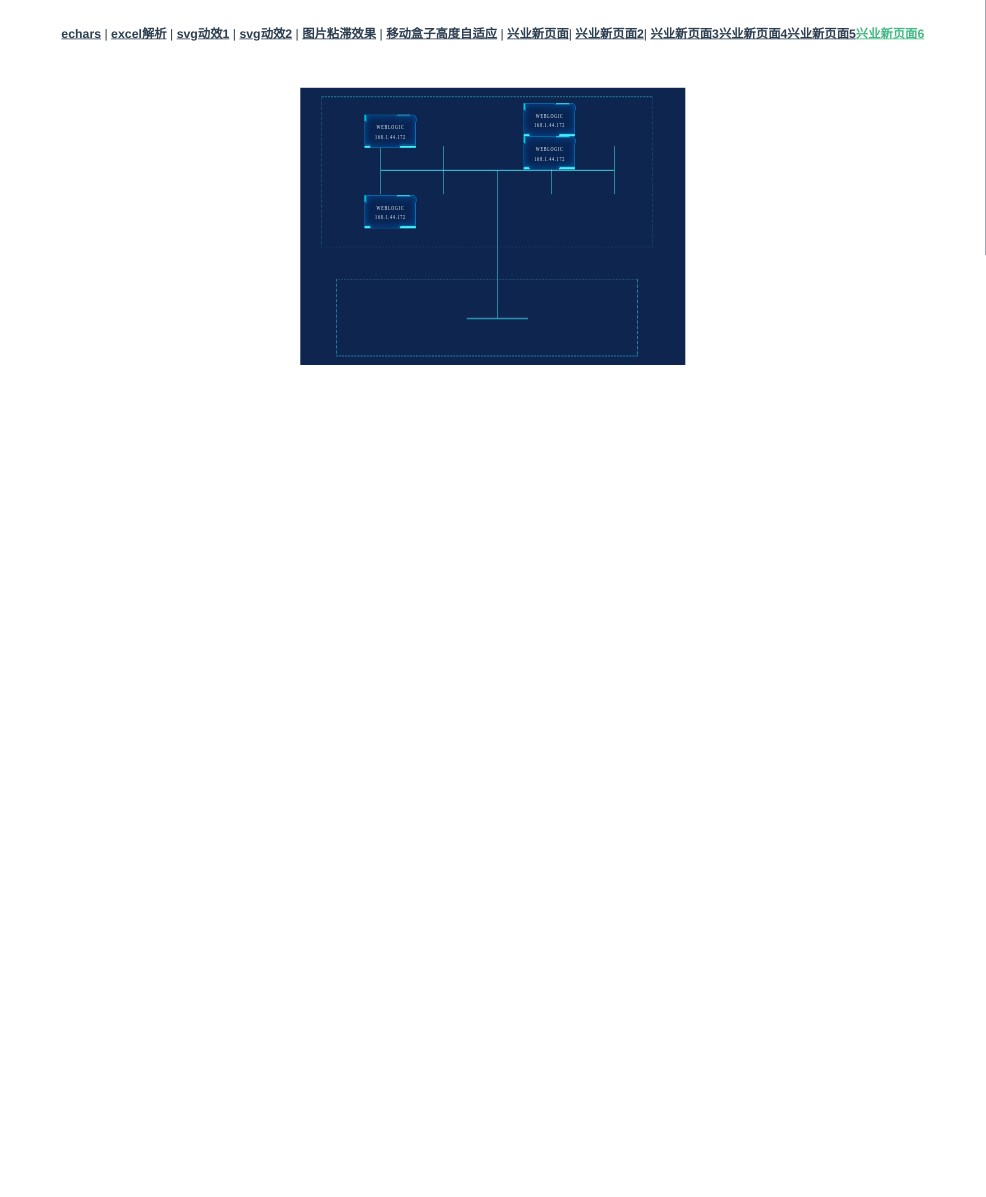
Repository: dmj199811/animation-dmj
Page: /#/work-page8
The author's editor kept a copy of each file at every save. The page is drawn from the files as they stood at one save, then again after the next save.
The browser window is 1280 px wide. The pictures show the whole page, at 77% of full size.
The project was rebuilt for these pictures with package versions that can differ from the ones it lists, and the page was loaded fresh each time.

Above is the page before, as saved 2020-07-03 16:15:13.

After the next save:
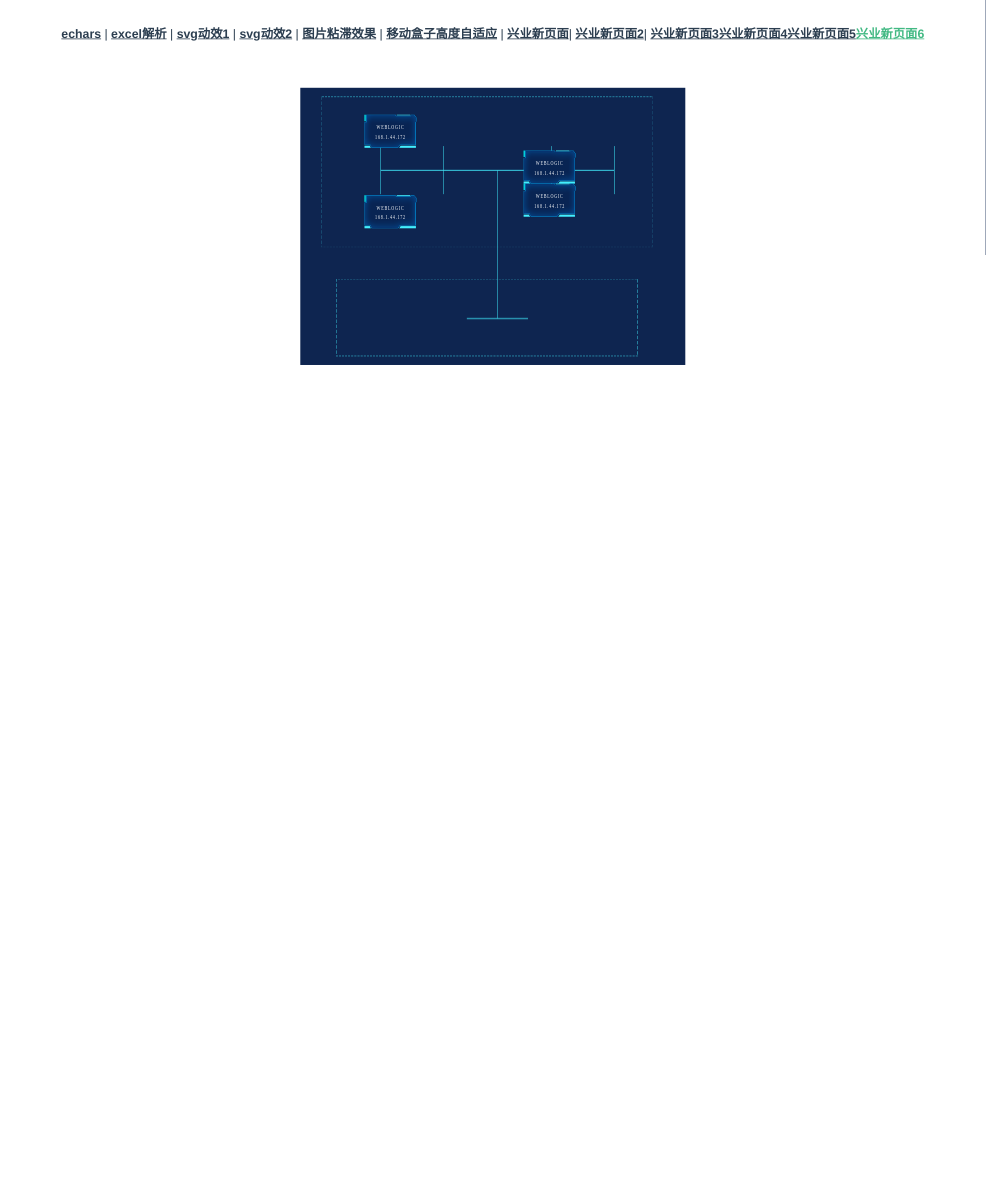
Saved 36 s later.
--- a/src/views/newPage6/index.vue
+++ b/src/views/newPage6/index.vue
@@ -152,5 +152,10 @@ export default {
   margin-left: 20px;
 }
 
+.web3 {
+  margin-top: 123px;
+  margin-right: 20px;
+}
+
 
 </style>
